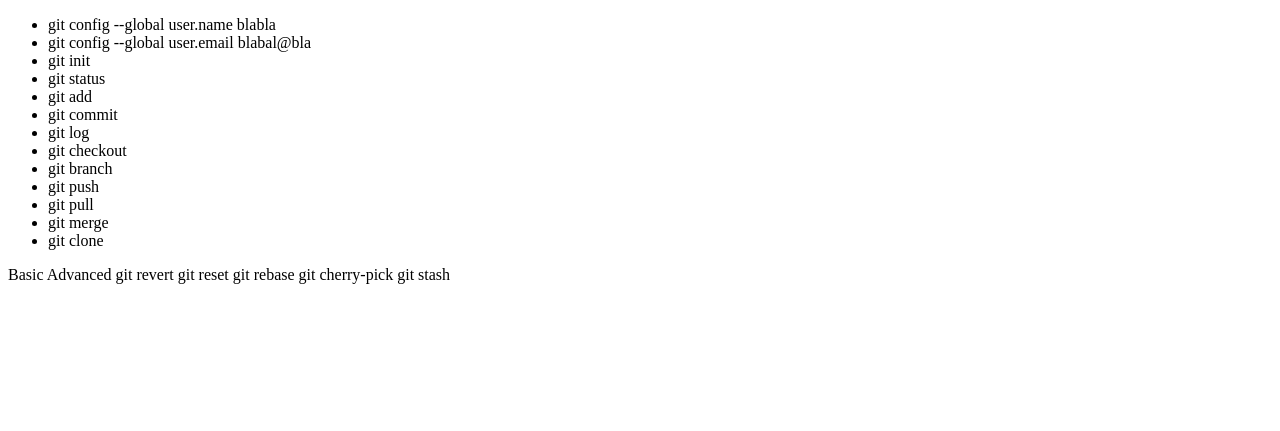
Repository: batonAnton/cursor_homework_anton_batton
Page: index.html
An editor plug-in stored every save of this project. The page is shown before and after the next save, followed by the edit.
The browser window is 1280 px wide. The pictures show the whole page.

Above is the page before, as saved 2022-05-25 16:56:48.

After the next save:
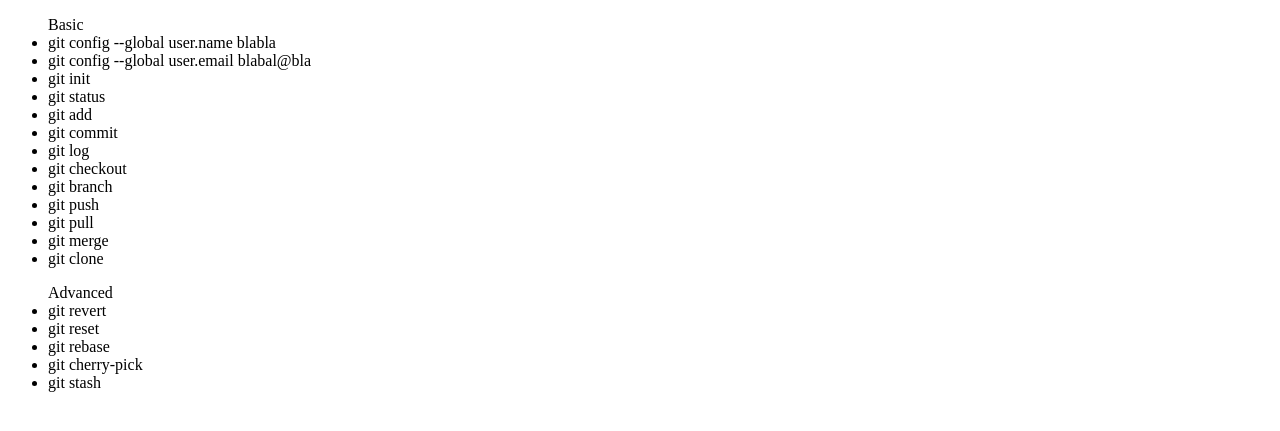
Saved 5 min 7 s later.
--- a/index.html
+++ b/index.html
@@ -9,6 +9,7 @@
 </head>
 <body>
     <ul>
+        Basic
         <li>git config --global user.name blabla</li>
         <li> git config --global user.email blabal@bla</li>
         <li>git init</li>
@@ -23,26 +24,15 @@
         <li> git merge</li>
         <li> git clone</li>
     </ul>
-    Basic
 
+    <ul>
+        Advanced
+        <li>git revert</li>
+        <li>git reset</li>
+        <li>git rebase</li>
+        <li>git cherry-pick</li>
+        <li>git stash</li>
+    </ul>
 
-
-
-
-
-
-
-
-
-
-
-
-
-    Advanced
-        git revert
-        git reset
-        git rebase
-        git cherry-pick
-        git stash
 </body>
 </html>
